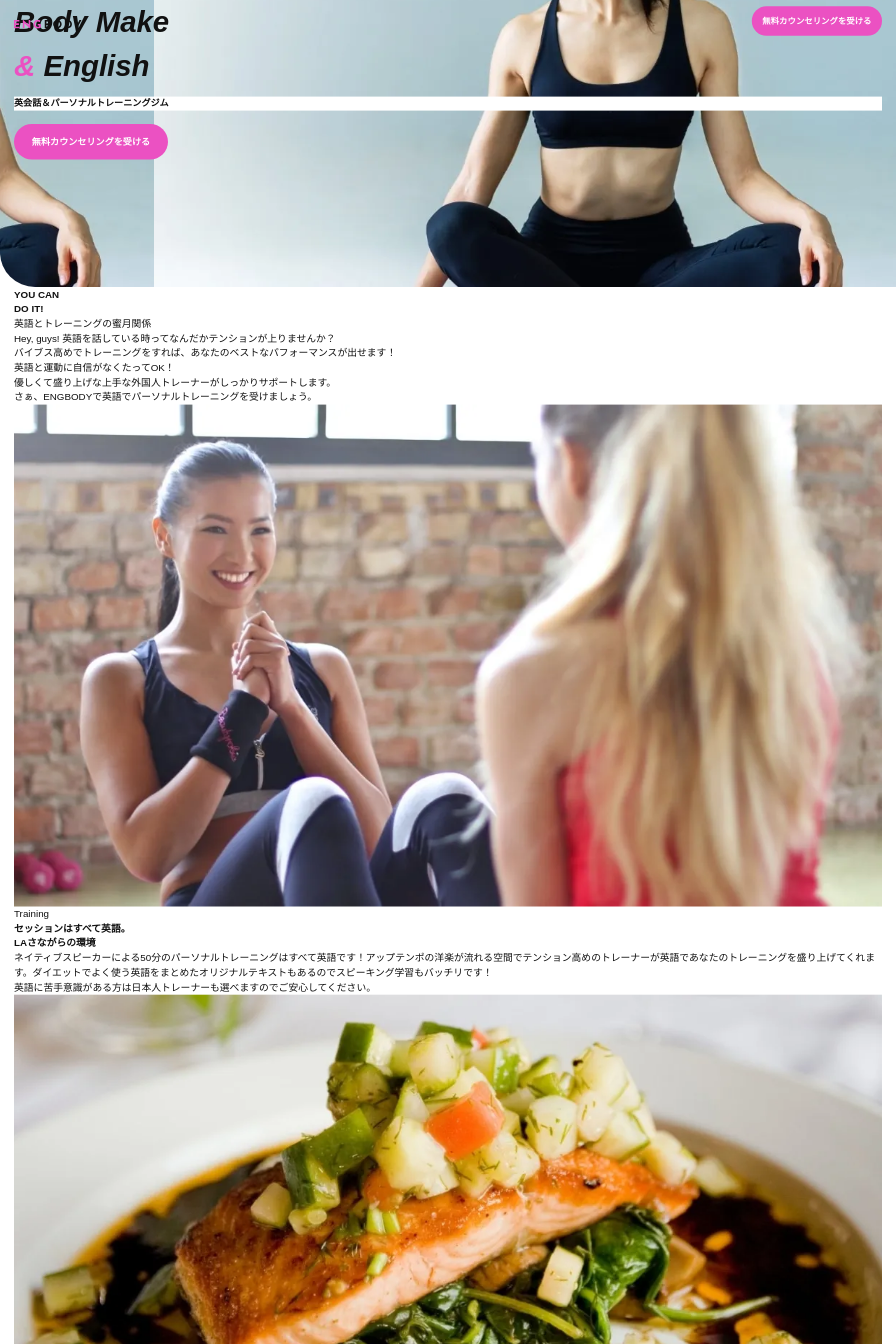
Repository: tetishi/engbody
Page: index.html
An editor plug-in stored every save of this project. The page is shown before and after a run of saves, followed by the edit.
The browser window is 1280 px wide. The pictures show the part of the page from y = 0 to 1920 px (the page is 12355 px tall), at 70% of full size.
The style sheet was rebuilt from its Sass, Less or Tailwind sources for each picture, by a compiler version that may differ from the author's.

Above is the page before, as saved 2023-07-26 00:03:03.

After the next 6 saves:
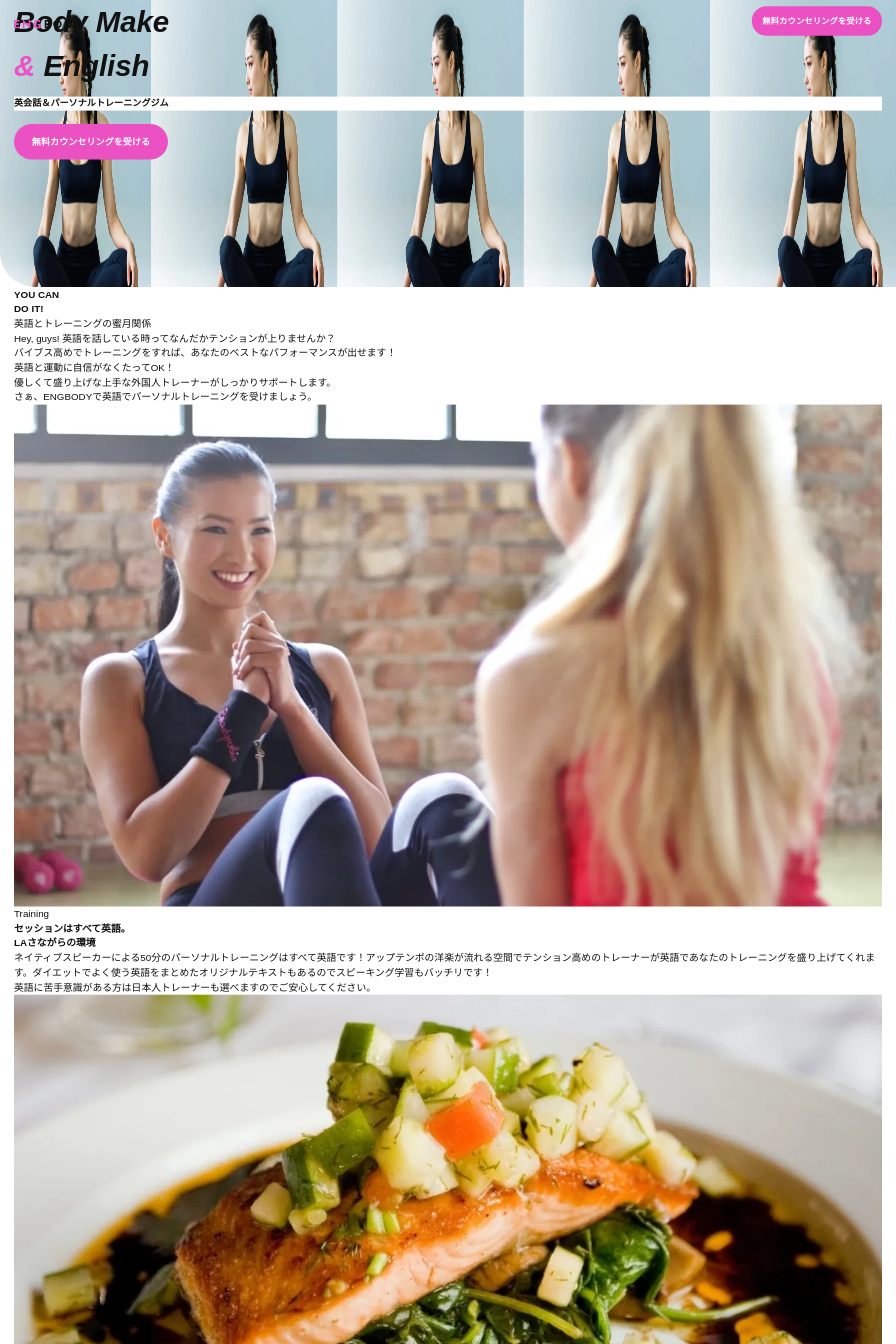
The 6 saves are shown as one change because 1 did not build or start and some came seconds apart.
The last was saved 4 min 9 s later.
--- a/css/style.scss
+++ b/css/style.scss
@@ -73,6 +73,7 @@ a {
     // background-size: ;
     height: 410px;
     border-radius: 0 0 0 50px;
+    background-size: 266px 410px;
 }
 .page-title {
     font-size: 4.2rem;
